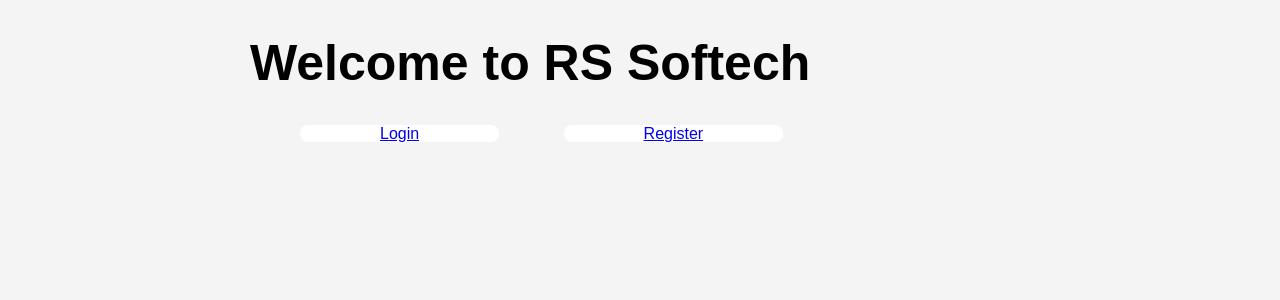
Repository: snehal-shinde151/my_repo
Page: classpro/src/main/webapp/welcome.html
An editor plug-in stored every save of this project. The page is shown before and after the next save, followed by the edit.
The browser window is 1280 px wide. The pictures show the whole page.

Above is the page before, as saved 2025-03-11 03:50:59.

### classpro/src/main/webapp/welcome.html
<!DOCTYPE html>
<html>
<head>
<meta charset="UTF-8">
<title>Welcome Page</title>
</head>
<body>

<style>
 body{
   font-family:arial;
   background-color:#f4f4f4;
   margin-left:250px;
   padding:0px;
 }
 .btn{
 width:10px;
 height:40px;
 margin:10px;
 margin-left:50px;
 padding-left:80px;
 padding-right:80px;
 background-color:white;
 border-radius:8px;
 }
 h1{
  font-size:50px;
 }

</style>
  <h1> Welcome to RS Softech</h1>
   <label for="student"></label>
  <a class="btn"  value="Login" href="login.html">Login</a>
    <a class="btn" value="Register" href="Registration.html">Register</a>

</body>
</html>

After the next save:
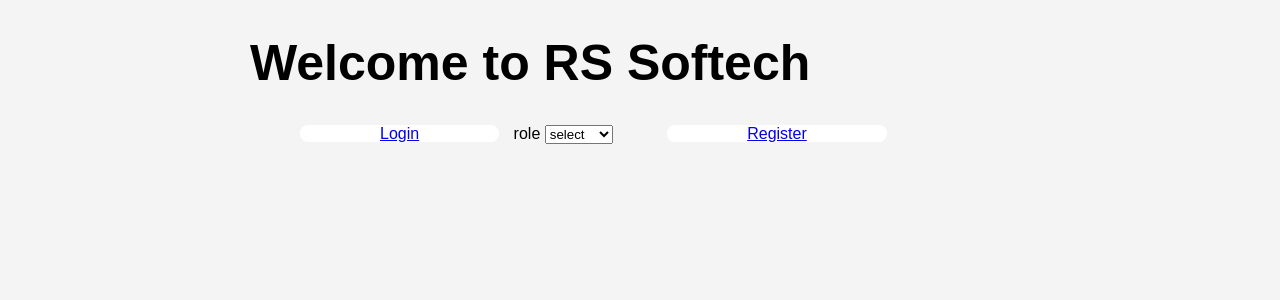
Saved 12 min 22 s later.
--- a/classpro/src/main/webapp/welcome.html
+++ b/classpro/src/main/webapp/welcome.html
@@ -31,6 +31,12 @@
   <h1> Welcome to RS Softech</h1>
    <label for="student"></label>
   <a class="btn"  value="Login" href="login.html">Login</a>
+   <label for="role">role</label>
+            <select name="role">
+           <option value="select">select</option>
+			<option value="STUDENT">Student</option>
+			<option value="ADMIN">Admin</option>
+            </select>
     <a class="btn" value="Register" href="Registration.html">Register</a>
 
 </body>
